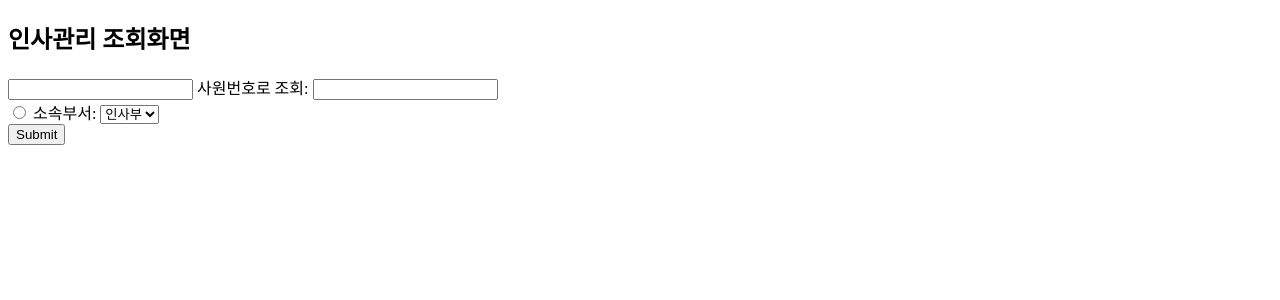
Repository: guguping/finalTestStudy
Page: test1/src/main/webapp/findMemberForm.html
An editor plug-in stored every save of this project. The page is shown before and after the next save, followed by the edit.
The browser window is 1280 px wide. The pictures show the whole page.

Above is the page before, as saved 2023-07-28 00:08:28.

After the next save:
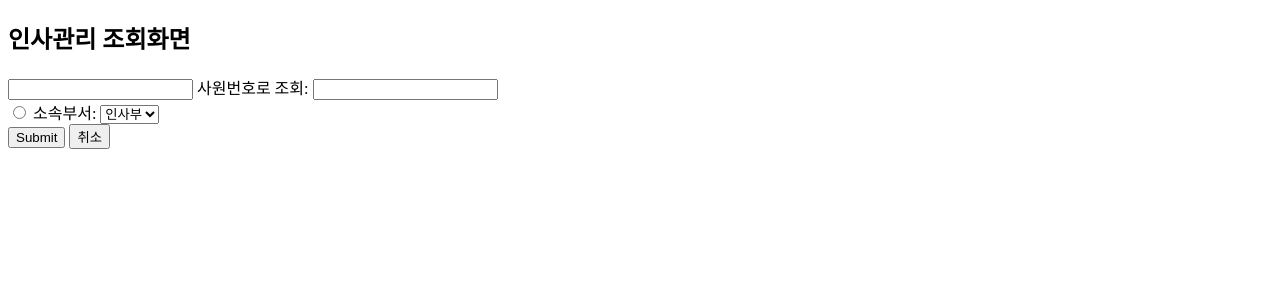
Saved 24 s later.
--- a/test1/src/main/webapp/findMemberForm.html
+++ b/test1/src/main/webapp/findMemberForm.html
@@ -19,6 +19,7 @@
 			<option value="경리부">경리부</option>
 		</select><br>
 		<input type="submit" vlaue="조회">
+		<input type="button" onclick="index()" value="취소">
 	</form>
 </body>
 </html>
